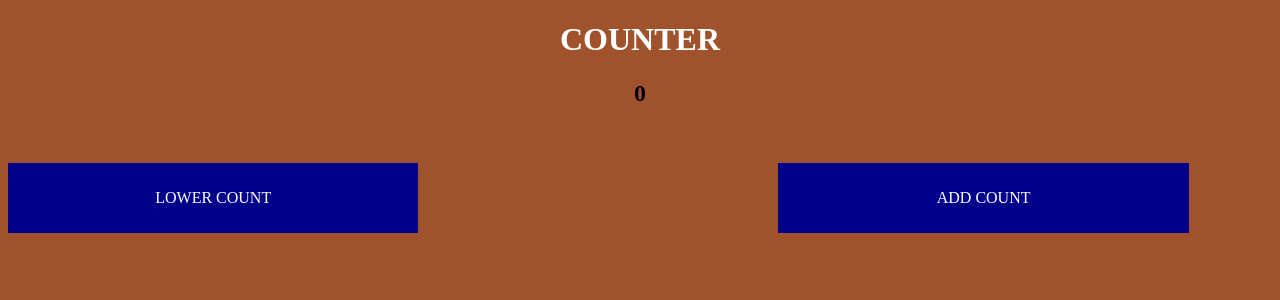
Repository: Seryozha02/Calculator
Page: calculator.html
An editor plug-in stored every save of this project. The page is shown before and after the next save, followed by the edit.
The browser window is 1280 px wide. The pictures show the whole page.

Above is the page before, as saved 2022-02-14 17:02:57.

After the next save:
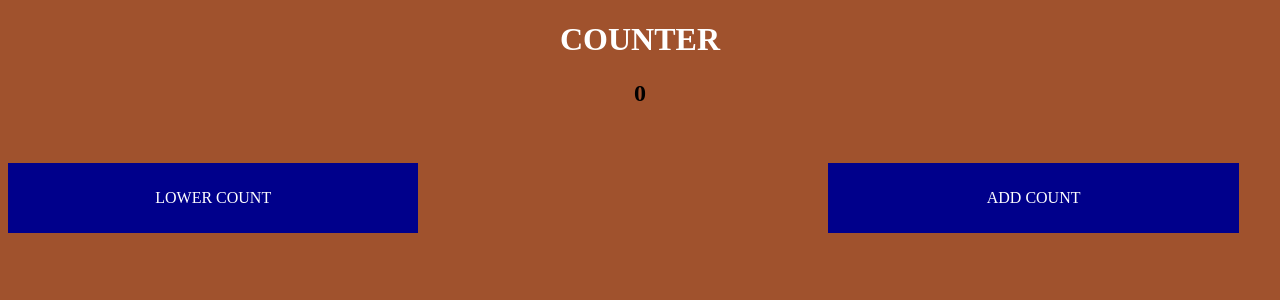
Saved 4 s later.
--- a/calculator.css
+++ b/calculator.css
@@ -38,7 +38,7 @@ body {
     float: left;
     width: 33%;
     padding: 0 5px;
-    margin-left: 350px;
+    margin-left: 400px;
 }
 
 .row {
